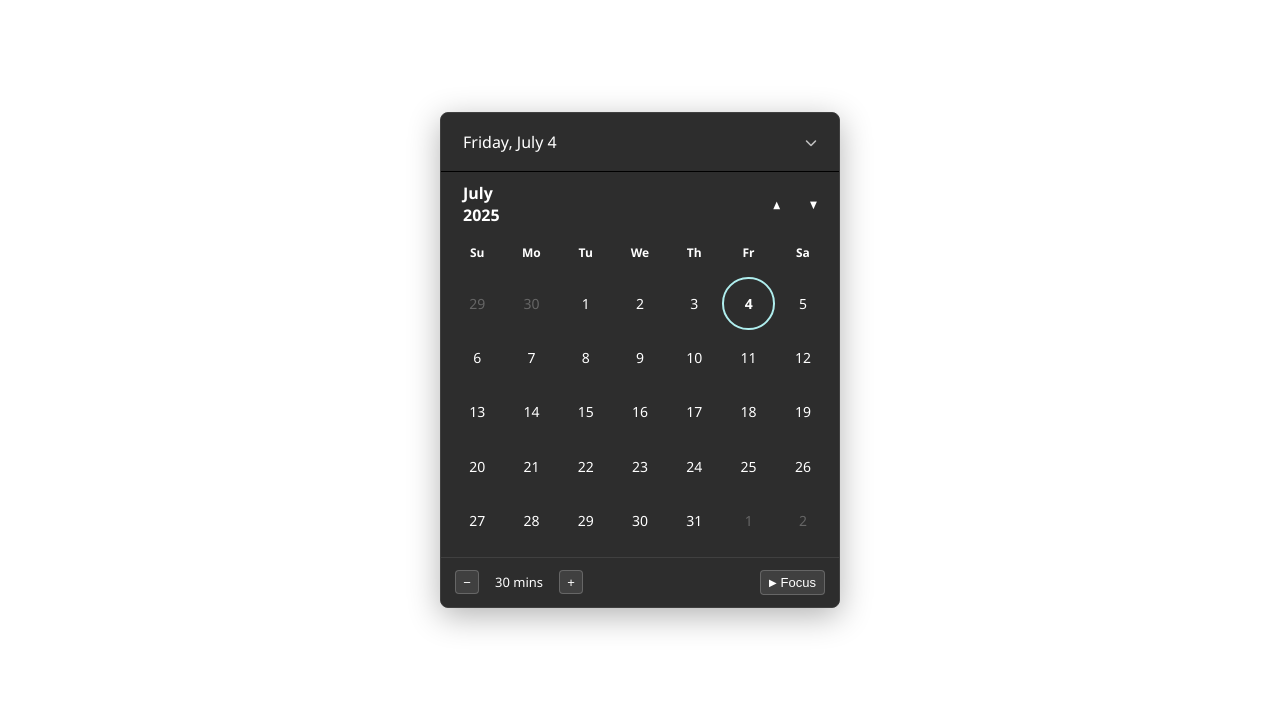
Repository: ThuTrang-jvb/JVB_BT2
Page: index.html
An editor plug-in stored every save of this project. The page is shown before and after a run of saves, followed by the edit.
The browser window is 1280 px wide. The pictures show the whole page.

Above is the page before, as saved 2025-07-07 11:26:15.

### index.html
<!DOCTYPE html>
<html lang="en">
<head>
  <meta charset="UTF-8" />
  <meta name="viewport" content="width=device-width, initial-scale=1.0"/>
  <title>Calendar</title>
  <link rel="stylesheet" href="style.css" />
  <link rel="stylesheet" href="https://cdnjs.cloudflare.com/ajax/libs/font-awesome/6.4.0/css/all.min.css" />
</head>
<body>
  <div class="calendar">
    <div class="top-bar">
      <div class="date-display" id="dateToggle">
        <span id="dateText">Monday, November 7</span>
        <span class="dropdown-icon" id="dropdownIcon">
          <i class="fa-solid fa-chevron-down"></i>
        </span>
      </div>
    </div>

    <div class="navigation-bar">
      <div class="title-block" id="calendarTitle">
        <span id="calendarTitleText">November 2022</span>
        <div class="arrow-controls">
          <span>&#9650;</span>
          <span>&#9660;</span>
        </div>
      </div>
    </div>

    <div class="main-calendar">
      <div class="weekday-header" id="weekdayHeader">
        <div class="weekday">Su</div>
        <div class="weekday">Mo</div>
        <div class="weekday">Tu</div>
        <div class="weekday">We</div>
        <div class="weekday">Th</div>
        <div class="weekday">Fr</div>
        <div class="weekday">Sa</div>
      </div>
      <div class="grid-display month-view" id="gridContainer"></div>
    </div>

    <div class="bottom-panel">
      <div class="control-section">
        <div class="session-control">
          <button class="btn-time" id="minusTime">−</button>
          <span class="time-display" id="durationLabel">30 mins</span>
          <button class="btn-time" id="plusTime">+</button>
        </div>
        <button class="session-btn" id="startBtn">
          <span class="session-icon">▶</span>
          <span>Focus</span>
        </button>
      </div>
    </div>
  </div>
  <script src="main.js"></script>
</body>
</html>

### style.css

* {
    margin: 0;
    padding: 0;
    box-sizing: border-box;
}

body {
    font-family: "Segoe UI", Tahoma, Geneva, Verdana, sans-serif;
    background: #ffffff;
    color: #000000;
    min-height: 100vh;
    display: flex;
    align-items: center;
    justify-content: center;
}

.calendar {
    background: #2d2d2d;
    border-radius: 8px;
    width: 100%;
    max-width: 400px;
    box-shadow: 0 8px 32px rgba(0, 0, 0, 0.3);
    border: 1px solid #404040;
    overflow: hidden;
    display: flex;
    flex-direction: column;
}

.top-bar {
    background: #2d2d2d;
    padding: 18px 22px;
    border-bottom: 1px solid #000;
}

.date-display {
    display: flex;
    align-items: center;
    justify-content: space-between;
    font-size: 16px;
    font-weight: 400;
    color: #ffffff;
    cursor: pointer;
    transition: color 0.2s ease;
}

.date-display:hover {
    color: #60a5fa;
}

.dropdown-icon {
    opacity: 0.7;
    font-size: 12px;
}

.navigation-bar {
    display: flex;
    align-items: center;
    justify-content: space-between;
    font-weight: 500;
    padding: 10px 22px;
    background: #2d2d2d;
}

.title-block {
    display: flex;
    justify-content: space-between;
    align-items: center;
    gap: 240px;
    font-size: 16px;
    font-weight: 600;
    color: #ffffff;
    cursor: pointer;
    transition: color 0.2s ease;
}

.title-block:hover {
    color: #60a5fa;
}

.arrow-controls {
    display: flex;
    gap: 30px;
    font-size: 10px;
    margin-left: auto;
}

.weekday-header {
    display: grid;
    grid-template-columns: repeat(7, 1fr);
    gap: 2px;
    margin-bottom: 8px;
    padding: 0 10px;
}

.weekday {
    text-align: center;
    font-size: 12px;
    font-weight: 600;
    color: white;
    padding: 8px 4px;
}

.grid-display {
    display: grid;
    gap: 2px;
    padding: 0 10px 10px;
}

.month-view {
    grid-template-columns: repeat(7, 1fr);
}

.year-view {
    grid-template-columns: repeat(4, 1fr);
    gap: 8px;
}

.decade-view {
    grid-template-columns: repeat(4, 1fr);
    gap: 8px;
}

.grid-cell,
.year-cell,
.decade-cell {
    aspect-ratio: 1;
    display: flex;
    align-items: center;
    justify-content: center;
    cursor: pointer;
    border-radius: 4px;
    font-size: 14px;
    font-weight: 400;
    transition: all 0.2s ease;
    color: #ffffff;
    min-height: 32px;
}

.grid-cell:hover,
.year-cell:hover,
.decade-cell:hover {
    background: #404040;
    border-radius: 50%;
}

.grid-cell.dimmed,
.decade-cell.dimmed {
    color: #666666;
}

.grid-cell.today,
.year-cell.current,
.decade-cell.current {
    background: #0078d4;
    color: white;
    font-weight: 600;
    border-radius: 50%;
}

.grid-cell.selected,
.year-cell.selected,
.decade-cell.selected {
    background: none;
    border: 2px solid paleturquoise;
    color: white;
    font-weight: 600;
    border-radius: 50%;
}

.bottom-panel {
    padding: 12px 14px;
    border-top: 1px solid #404040;
    background: #2d2d2d;
}

.control-section {
    display: flex;
    justify-content: space-between;
    align-items: center;
}

.session-control {
    display: flex;
    align-items: center;
    gap: 6px;
}

.btn-time {
    background: #404040;
    color: white;
    cursor: pointer;
    font-size: 13px;
    width: 24px;
    height: 24px;
    display: flex;
    align-items: center;
    justify-content: center;
    border: 1px solid rgba(255, 255, 255, 0.2);
    transition: all 0.2s ease;
    border-radius: 4px;
}

.btn-time:hover {
    color: #60a5fa;
}

.time-display {
    font-size: 13px;
    color: white;
    min-width: 60px;
    padding: 0 10px;
    text-align: center;
}

.session-btn {
    background: #404040;
    border: 1px solid rgba(255, 255, 255, 0.2);
    padding: 4px 8px;
    color: white;
    font-size: 13px;
    cursor: pointer;
    display: flex;
    align-items: center;
    gap: 4px;
    transition: color 0.2s ease;
    border-radius: 4px;
}

.session-btn:hover {
    color: #60a5fa;
    background: #404040;
}

.session-icon {
    font-size: 10px;
}

.hidden {
    display: none;
}
.main-calendar {
    overflow: hidden;
    transition: max-height 0.4s ease;
}
.main-calendar.collapsed {
  max-height: 0;
}

@media (max-width: 480px) {
    .calendar {
        width: 90%;
        margin: 10px;
    }
}

### main.js
class Calendar {
    constructor() {
        this.currentDate = new Date();
        this.selectedDate = new Date();
        this.currentMonth = new Date();
        this.viewMode = 'month';
        this.timeMinutes = 30;
        this.focusInterval = null;
        this.remainingSeconds = 0;

        this.months = [
            'January', 'February', 'March', 'April', 'May', 'June',
            'July', 'August', 'September', 'October', 'November', 'December'
        ];

        this.monthsShort = [
            'Jan', 'Feb', 'Mar', 'Apr', 'May', 'Jun',
            'Jul', 'Aug', 'Sep', 'Oct', 'Nov', 'Dec'
        ];

        this.init();
    }

    init() {
        this.bindEvents();
        this.updateDisplay();
        this.startRealTimeUpdate();
    }

    bindEvents() {
        document.getElementById('dateText').addEventListener('click', () => this.handleHeaderClick())
        document.querySelector('.dropdown-icon').addEventListener('click', () => this.isCollapsed());
        document.getElementById('calendarTitle').addEventListener('click', () => this.handleNavTitleClick());
        const arrows = document.querySelectorAll('.arrow-controls span');
        if (arrows.length >= 2) {
            arrows[0].addEventListener('click', () => this.navigate(-1));
            arrows[1].addEventListener('click', () => this.navigate(1));
        }

        document.getElementById('minusTime').addEventListener('click', () => this.adjustTime(-5));
        document.getElementById('plusTime').addEventListener('click', () => this.adjustTime(15));
        document.getElementById('startBtn').addEventListener('click', () => this.toggleFocus());
    }

    adjustTime(minutes) {
        this.timeMinutes += minutes;
        if (this.timeMinutes < 5) this.timeMinutes = 5;
        if (this.timeMinutes > 480) this.timeMinutes = 480;
        this.updateTimeDisplay();
    }

    updateTimeDisplay() {
        const timeLabel = document.getElementById('durationLabel');
        if (this.timeMinutes >= 60) {
            const hours = Math.floor(this.timeMinutes / 60);
            const mins = this.timeMinutes % 60;
            if (mins === 0) {
                timeLabel.textContent = `${hours} hr${hours > 1 ? 's' : ''}`;
            } else {
                timeLabel.textContent = `${hours}h ${mins}m`;
            }
        } else {
            timeLabel.textContent = `${this.timeMinutes} mins`;
        }
    }

    toggleFocus() {
        const focusBtn = document.getElementById('startBtn');
        const icon = focusBtn.querySelector('.session-icon');
        const text = focusBtn.querySelector('span:last-child');

        if (text.textContent === 'Focus') {
            text.textContent = 'Stop';
            icon.textContent = '⏸';
            focusBtn.style.color = '#60a5fa';
            this.remainingSeconds = this.timeMinutes * 60;

            this.focusInterval = setInterval(() => {
                this.remainingSeconds--;
                this.updateCountdownDisplay();

                if (this.remainingSeconds <= 0) {
                    clearInterval(this.focusInterval);
                    this.focusInterval = null;
                    alert("Time's up!");
                    this.resetFocusButton();
                }
            }, 1000);

        } else {
            clearInterval(this.focusInterval);
            this.focusInterval = null;
            this.resetFocusButton();
            this.updateTimeDisplay();
        }
    }

    updateCountdownDisplay() {
        const timeLabel = document.getElementById('durationLabel');
        const minutes = Math.floor(this.remainingSeconds / 60);
        const seconds = this.remainingSeconds % 60;
        timeLabel.textContent = `${minutes}m ${seconds}s`;
    }

    resetFocusButton() {
        const focusBtn = document.getElementById('startBtn');
        const icon = focusBtn.querySelector('.session-icon');
        const text = focusBtn.querySelector('span:last-child');

        text.textContent = 'Focus';
        icon.textContent = '\u25B6';
        focusBtn.style.color = '#888888';
    }

    startRealTimeUpdate() {
        setInterval(() => {
            this.currentDate = new Date();
            this.updateHeaderDate();
        }, 1000);
    }

    handleHeaderClick() {
            this.viewMode = 'month';
            this.currentMonth = new Date(this.currentDate);
            this.selectedDate = new Date(this.currentDate);
            this.updateDisplay();

    }

    handleNavTitleClick() {
        switch (this.viewMode) {
            case 'month':
                this.viewMode = 'year';
                break;
            case 'year':
                this.viewMode = 'decade';
                break;
        }
        this.updateDisplay();
    }

    navigate(direction) {
        switch (this.viewMode) {
            case 'month':
                this.currentMonth.setMonth(this.currentMonth.getMonth() + direction);
                break;
            case 'year':
                this.currentMonth.setFullYear(this.currentMonth.getFullYear() + direction);
                break;
            case 'decade':
                this.currentMonth.setFullYear(this.currentMonth.getFullYear() + direction * 10);
                break;
        }
        this.updateDisplay();
    }

    updateDisplay() {
        this.updateHeaderDate();
        this.updateNavTitle();
        this.updateCalendarGrid();
        this.updateWeekdayHeader();
        this.updateTimeDisplay();
    }

    updateHeaderDate() {
        const options = { weekday: 'long', month: 'long', day: 'numeric' };
        const dateText = this.currentDate.toLocaleDateString('en-US', options);

        document.getElementById('dateText').textContent = dateText;
    }

    updateNavTitle() {
        let titleText = '';
        switch (this.viewMode) {
            case 'month':
                titleText = `${this.months[this.currentMonth.getMonth()]} ${this.currentMonth.getFullYear()}`;
                break;
            case 'year':
                titleText = this.currentMonth.getFullYear().toString();
                break;
            case 'decade':
                const startYear = Math.floor(this.currentMonth.getFullYear() / 10) * 10;
                titleText = `${startYear} - ${startYear + 9}`;
                break;
        }
        document.getElementById('calendarTitleText').textContent = titleText;
    }

    updateWeekdayHeader() {
        const header = document.getElementById('weekdayHeader');
        const grid = document.getElementById('gridContainer');

        if (this.viewMode === 'month') {
            header.classList.remove('hidden');
            grid.className = 'grid-display month-view';
        } else {
            header.classList.add('hidden');
            grid.className = `grid-display ${this.viewMode}-view`;
        }
    }

    updateCalendarGrid() {
        const grid = document.getElementById('gridContainer');
        grid.innerHTML = '';

        switch (this.viewMode) {
            case 'month':
                this.renderMonthView(grid);
                break;
            case 'year':
                this.renderYearView(grid);
                break;
            case 'decade':
                this.renderDecadeView(grid);
                break;
        }
    }

    renderMonthView(grid) {
        const daysInMonth = new Date(this.currentMonth.getFullYear(), this.currentMonth.getMonth() + 1, 0).getDate();
        const firstDay = new Date(this.currentMonth.getFullYear(), this.currentMonth.getMonth(), 1).getDay();
        const prevMonth = new Date(this.currentMonth.getFullYear(), this.currentMonth.getMonth(), 0);
        const prevMonthDays = prevMonth.getDate();

        for (let i = firstDay - 1; i >= 0; i--) {
            const day = document.createElement('div');
            day.className = 'grid-cell dimmed';
            day.textContent = prevMonthDays - i;
            grid.appendChild(day);
        }

        for (let day = 1; day <= daysInMonth; day++) {
            const date = new Date(this.currentMonth.getFullYear(), this.currentMonth.getMonth(), day);
            const dayElement = document.createElement('div');
            dayElement.className = 'grid-cell';
            dayElement.textContent = day;

            if (this.isSameDay(date, this.currentDate)) dayElement.classList.add('today');
            if (this.isSameDay(date, this.selectedDate)) dayElement.classList.add('selected');

            dayElement.addEventListener('click', () => {
                this.selectedDate = new Date(date);
                this.updateDisplay();
            });

            grid.appendChild(dayElement);
        }

        const totalCells = Math.ceil((firstDay + daysInMonth) / 7) * 7;
        const remainingCells = totalCells - (firstDay + daysInMonth);

        for (let day = 1; day <= remainingCells; day++) {
            const dayElement = document.createElement('div');
            dayElement.className = 'grid-cell dimmed';
            dayElement.textContent = day;
            grid.appendChild(dayElement);
        }
    }

    renderYearView(grid) {
        for (let month = 0; month < 12; month++) {
            const monthElement = document.createElement('div');
            monthElement.className = 'year-cell';
            monthElement.textContent = this.monthsShort[month];

            const date = new Date(this.currentMonth.getFullYear(), month, 1);

            if (month === this.currentDate.getMonth() && this.currentMonth.getFullYear() === this.currentDate.getFullYear()) {
                monthElement.classList.add('current');
            }
            if (month === this.currentMonth.getMonth()) {
                monthElement.classList.add('selected');
            }

            monthElement.addEventListener('click', () => {
                this.currentMonth.setMonth(month);
                this.viewMode = 'month';
                this.updateDisplay();
            });

            grid.appendChild(monthElement);
        }
    }

    renderDecadeView(grid) {
        const currentYear = this.currentMonth.getFullYear();
        const startYear = Math.floor(currentYear / 10) * 10 - 2;

        for (let i = 0; i < 16; i++) {
            const year = startYear + i;
            const yearElement = document.createElement('div');
            yearElement.className = 'decade-cell';
            yearElement.textContent = year;

            if (year === this.currentDate.getFullYear()) yearElement.classList.add('current');
            if (year === this.currentMonth.getFullYear()) yearElement.classList.add('selected');
            if (i < 2 || i > 13) yearElement.classList.add('dimmed');

            yearElement.addEventListener('click', () => {
                this.currentMonth.setFullYear(year);
                this.viewMode = 'year';
                this.updateDisplay();
            });

            grid.appendChild(yearElement);
        }
    }

    isSameDay(date1, date2) {
        return date1.getDate() === date2.getDate() &&
               date1.getMonth() === date2.getMonth() &&
               date1.getFullYear() === date2.getFullYear();
    }
    isCollapsed() {
        const calendar = document.querySelector('.calendar');
        const mainCalendar = document.querySelector('.main-calendar');
        const navigationBar = document.querySelector('.navigation-bar');
        const dropdownIcon = document.getElementById('dropdownIcon');

        calendar.classList.toggle('collapsed');

        if (calendar.classList.contains('collapsed')) {
            mainCalendar.style.display = 'none';
            navigationBar.style.display = 'none';

            // Đổi icon mũi tên thành hướng lên
            if (dropdownIcon.tagName === 'I') {
                dropdownIcon.classList.remove('fa-chevron-down');
                dropdownIcon.classList.add('fa-chevron-up');
            } else {
                dropdownIcon.textContent = '▲';
            }
        } else {
            mainCalendar.style.display = '';
            navigationBar.style.display = '';

            // Đổi icon mũi tên thành hướng xuống
            if (dropdownIcon.tagName === 'I') {
                dropdownIcon.classList.remove('fa-chevron-up');
                dropdownIcon.classList.add('fa-chevron-down');
            } else {
                dropdownIcon.textContent = '▼';
            }
        }
    }

}

document.addEventListener('DOMContentLoaded', () => {
    new Calendar();
});

After the next 3 saves:
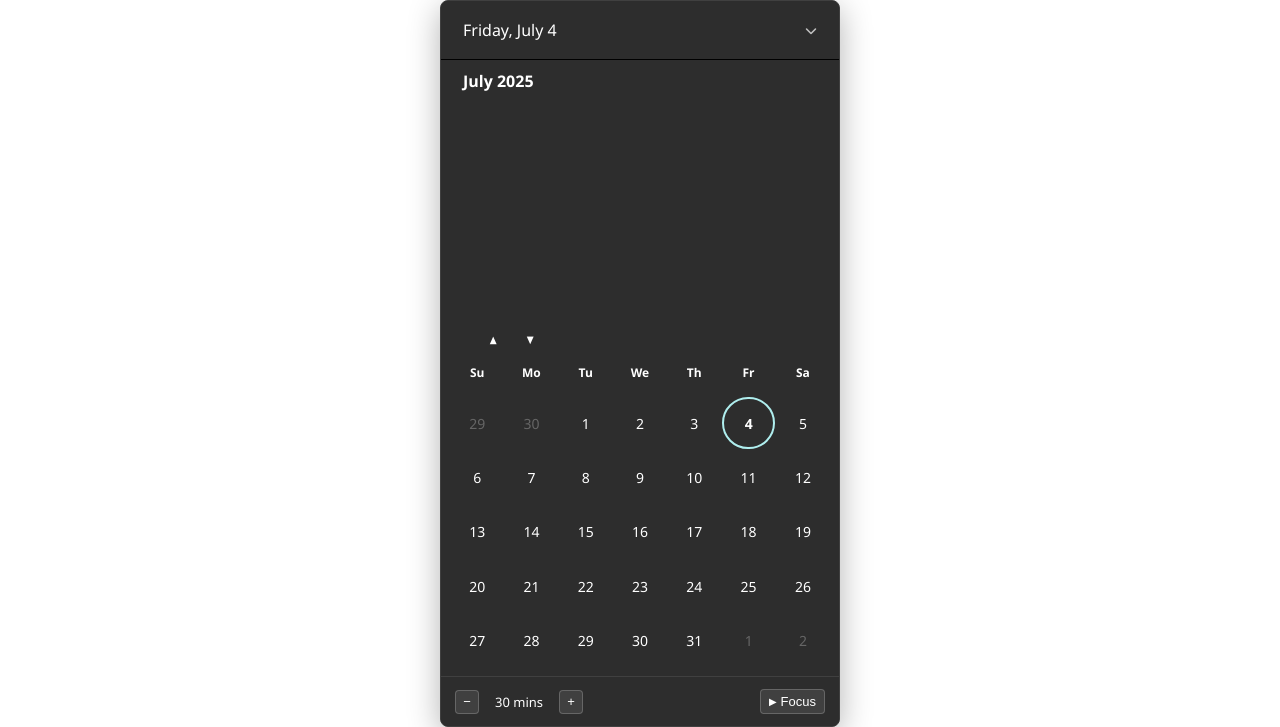
The 3 saves are shown as one change because they came seconds apart.
The last was saved 24 s later.
--- a/style.css
+++ b/style.css
@@ -63,7 +63,8 @@
 }
 
 .title-block {
-    display: flex;
+    display: grid;
+    gr
     justify-content: space-between;
     align-items: center;
     gap: 240px;

After the save that followed:
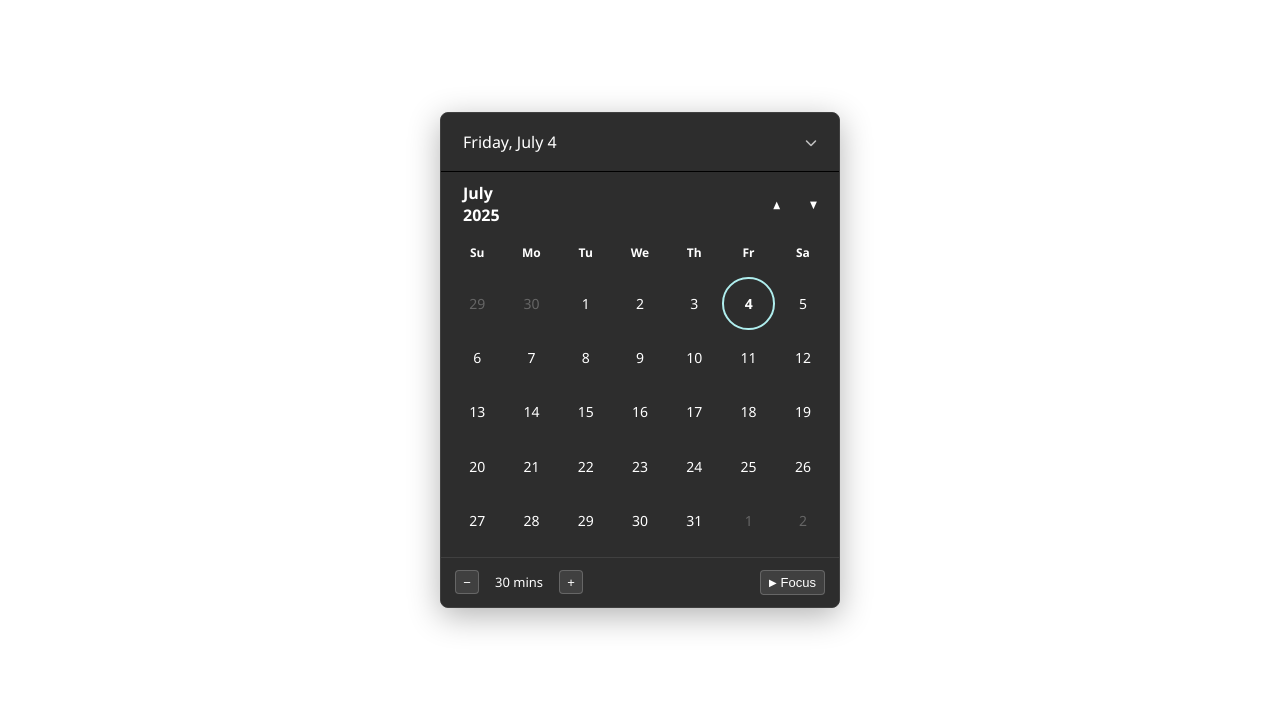
Saved 6 s later.
--- a/style.css
+++ b/style.css
@@ -64,7 +64,7 @@
 
 .title-block {
     display: grid;
-    gr
+    grid-template-columns: repeat(2,1fr);
     justify-content: space-between;
     align-items: center;
     gap: 240px;
